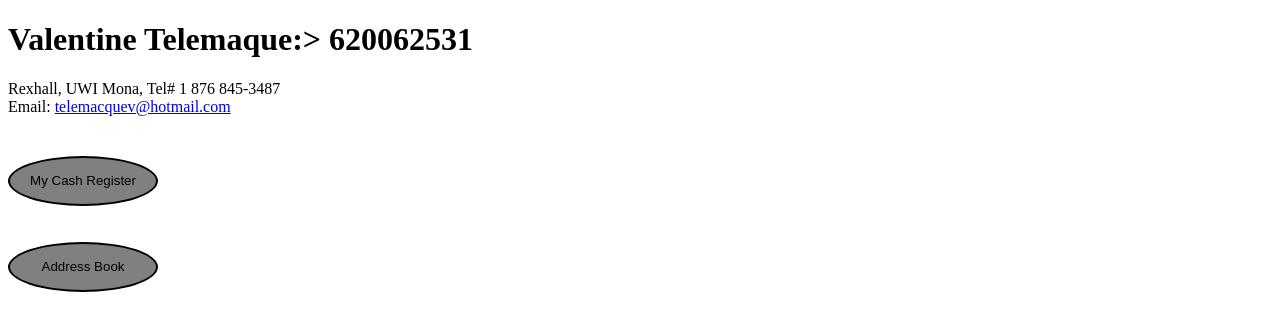
Repository: telemacquev/info2180project1
Page: index.html
The author's editor kept a record of every edit. The page is drawn from the files as they stood at one moment, then again after the next edit.
The browser window is 1280 px wide. The pictures show the whole page.

Above is the page before.

After the next edit:
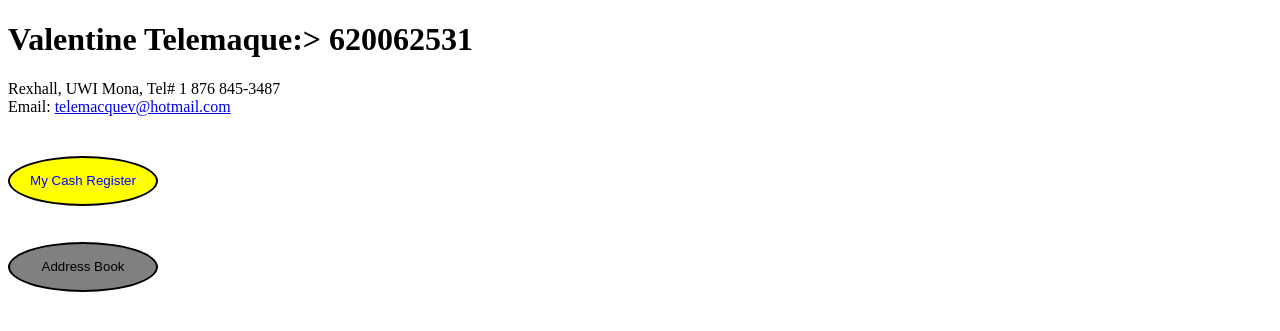
The edit:
--- a/stylesheet.css
+++ b/stylesheet.css
@@ -19,7 +19,7 @@
    border: 2px solid black;
 }
 
-#button01:hover {
+#button01, #button02:hover {
    background-color: yellow;
    color: blue;
 }
